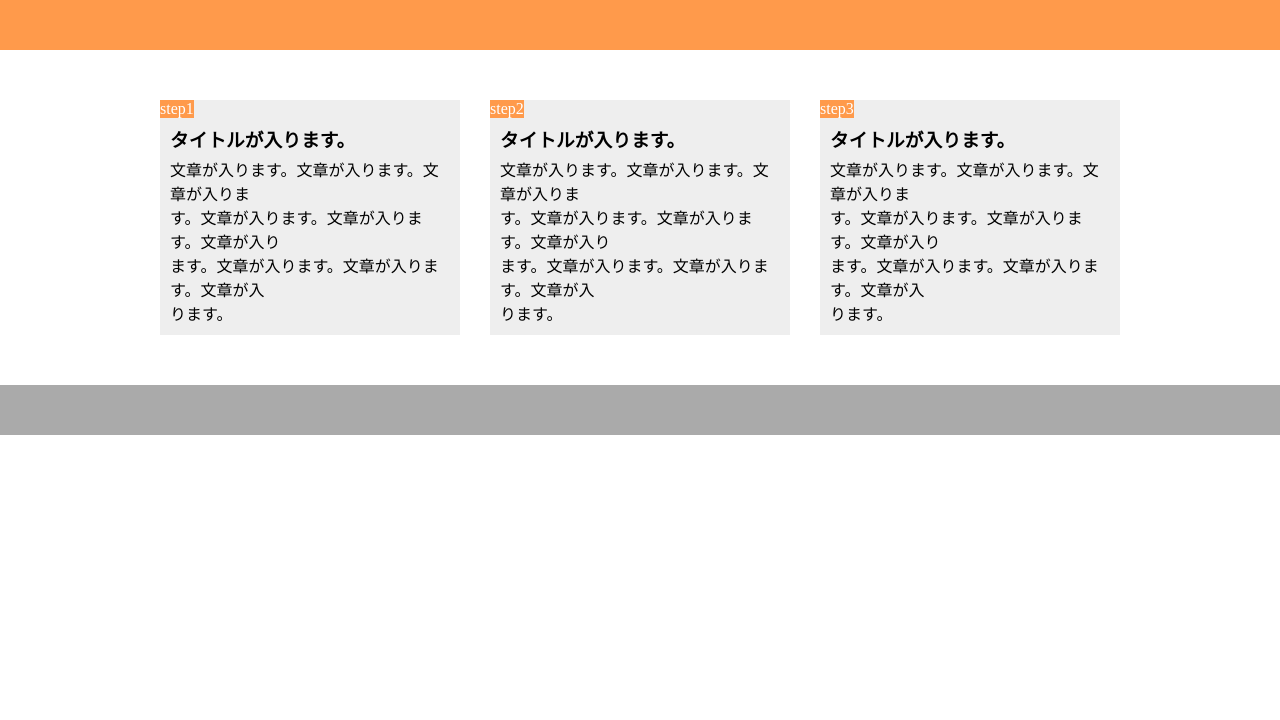
Repository: tkikokiko/webcamp-practice
Page: 1-9/index1-9-2.html
The author's editor kept a record of every edit. The page is drawn from the files as they stood at one moment, then again after the next edit.
The browser window is 1280 px wide. The pictures show the whole page.

Above is the page before.

### 1-9/index1-9-2.html
<!DOCTYPE html>
<html lang="ja">
  <head>
    <meta charset="utf-8" />
    <link rel="stylesheet" href="style1-9-2.css" type="text/css" />
    <title>kadai1-9-2</title>
  </head>

  <body>
    <header></header>

    <main>
      <div class="main-box">
        <p class="main-step">step1</p>
        <!--<div class="main-contents">-->
          <div class="main-image"></div>
          <h3 class="main-title">タイトルが入ります。</h3>
          <p class="main-text">
            文章が入ります。文章が入ります。文章が入りま <br>
            す。文章が入ります。文章が入ります。文章が入り <br>
            ます。文章が入ります。文章が入ります。文章が入 <br>
            ります。
          </p>
        </div>
      </div>

      <div class="main-box">
        <p class="main-step">step2</p>
        <div class="main-image"></div>
        <div class="main-contents">
          <h3 class="main-title">タイトルが入ります。</h3>
          <p class="main-text">
            文章が入ります。文章が入ります。文章が入りま <br>
            す。文章が入ります。文章が入ります。文章が入り <br>
            ます。文章が入ります。文章が入ります。文章が入 <br>
            ります。
          </p>
        </div>
      </div>

      <div class="main-box">
        <p class="main-step">step3</p>
        <div class="main-image"></div>
        <div class="main-contents">
          <h3 class="main-title">タイトルが入ります。</h3>
          <p class="main-text">
            文章が入ります。文章が入ります。文章が入りま <br>
            す。文章が入ります。文章が入ります。文章が入り <br>
            ます。文章が入ります。文章が入ります。文章が入 <br>
            ります。
          </p>
        </div>
      </div>

    </main>

    <footer></footer>

  </body>
</html>

### 1-9/style1-9-2.css
* {
  margin: 0;
  padding: 0;
  box-sizing: border-box;
}

header {
  width: 100%;
  height: 50px;
  background-color: #ff9a4b;
}

main {
  margin: 50px auto;
  width: 960px;
  display: flex;
  justify-content: center;
}

.main-box {
  width: 300px;
  margin-right: 30px;
  padding: 10px;
  background-color: #eeeeee;
  position: relative;
}

.main-box:last-child {
  margin-right: 0;
}

.main-step {
  position: absolute;
  top: 0;
  left: 0;
  color: #ffffff;
  display: inline-block;
  background-color: #ff9a4b;
}

/*.main-contents {*/
/*  width: 300px;*/
/*  padding: 10px;*/
/*}*/

.main-image1 {
  height: 150px;
  padding: 10px;
  background-image: url(img/flow01.png);
  background-size: cover;
  background-position: bottom;
}

.main-image2 {
  height: 150px;
  background-image: url(img/flow02.png);
  background-size: cover;
  background-position: bottom;
}

.main-image3 {
  height: 150px;
  background-image: url(img/flow03.png);
  background-size: cover;
  background-position: bottom;
}

.main-title {
  margin: 15px 0 5px;
  /*display: inline-block;*/
  /*padding-top: 15px;*/
}

/*.main-text {*/
/*  display: inline-block;*/
/*  margin-top: 5px;*/
/*  font-size: 12px;*/
/*}*/


footer {
  width: 100%;
  height: 50px;
  background-color: #aaaaaa;
}

After the next edit:
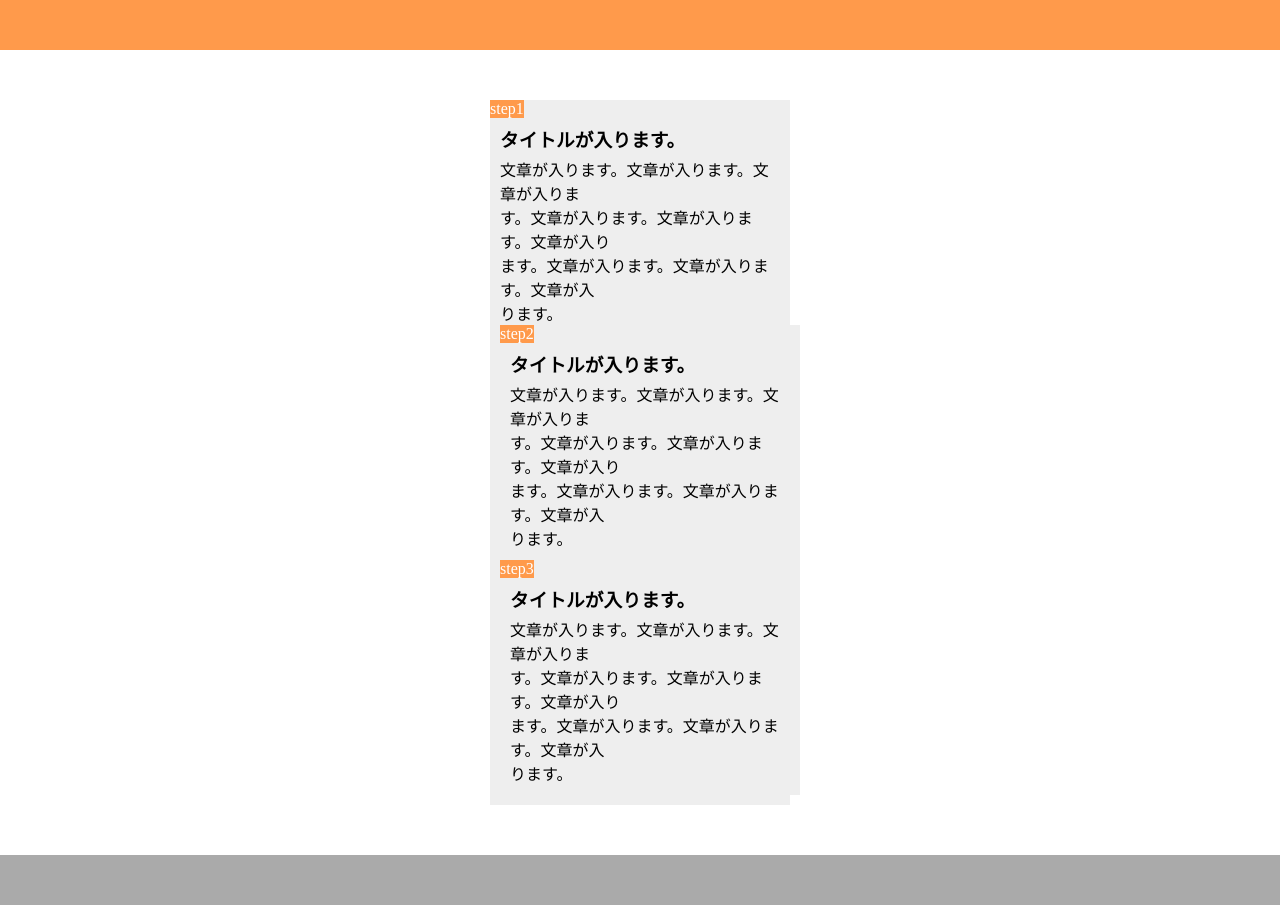
The edit:
--- a/1-9/index1-9-2.html
+++ b/1-9/index1-9-2.html
@@ -12,16 +12,16 @@
     <main>
       <div class="main-box">
         <p class="main-step">step1</p>
-        <!--<div class="main-contents">-->
-          <div class="main-image"></div>
-          <h3 class="main-title">タイトルが入ります。</h3>
-          <p class="main-text">
-            文章が入ります。文章が入ります。文章が入りま <br>
-            す。文章が入ります。文章が入ります。文章が入り <br>
-            ます。文章が入ります。文章が入ります。文章が入 <br>
-            ります。
-          </p>
-        </div>
+        <div class="main-contents">
+        <div class="main-image"></div>
+        <h3 class="main-title">タイトルが入ります。</h3>
+        <p class="main-text">
+          文章が入ります。文章が入ります。文章が入りま <br>
+          す。文章が入ります。文章が入ります。文章が入り <br>
+          ます。文章が入ります。文章が入ります。文章が入 <br>
+          ります。
+        </p>
+        <!--</div>-->
       </div>
 
       <div class="main-box">

After the edit that followed:
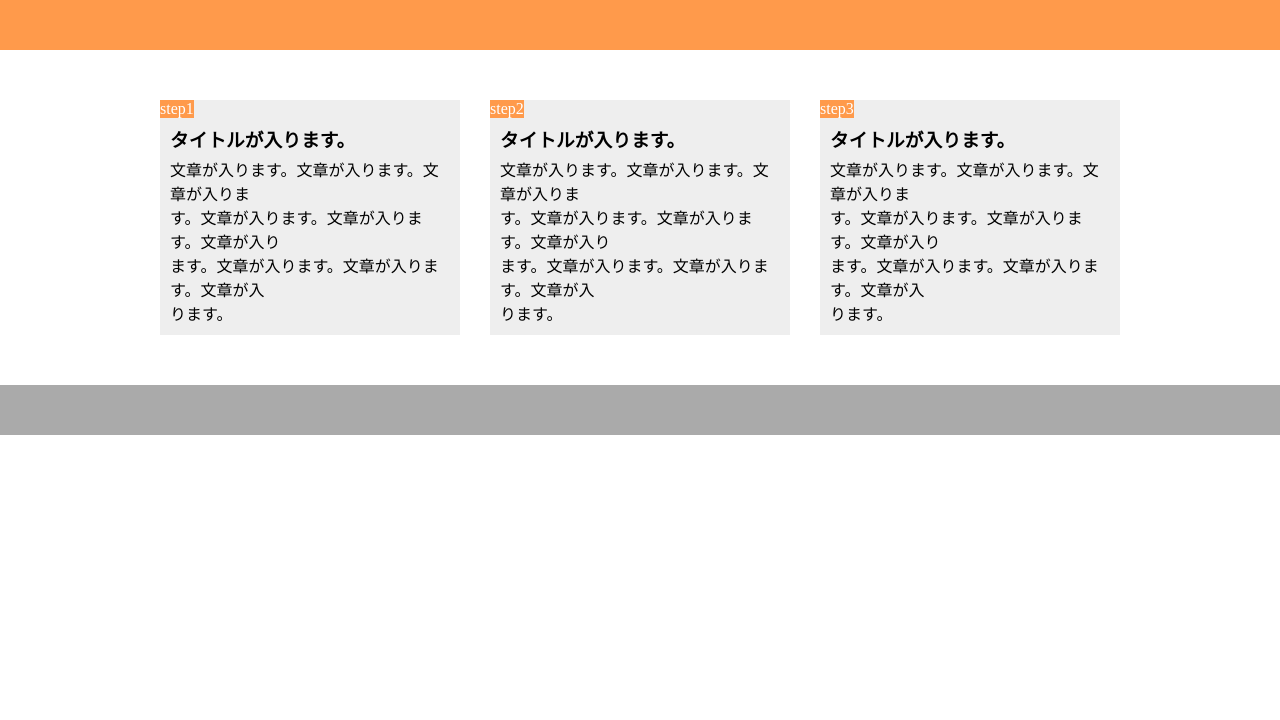
The edit:
--- a/1-9/index1-9-2.html
+++ b/1-9/index1-9-2.html
@@ -13,15 +13,15 @@
       <div class="main-box">
         <p class="main-step">step1</p>
         <div class="main-contents">
-        <div class="main-image"></div>
-        <h3 class="main-title">タイトルが入ります。</h3>
-        <p class="main-text">
-          文章が入ります。文章が入ります。文章が入りま <br>
-          す。文章が入ります。文章が入ります。文章が入り <br>
-          ます。文章が入ります。文章が入ります。文章が入 <br>
-          ります。
-        </p>
-        <!--</div>-->
+          <div class="main-image"></div>
+          <h3 class="main-title">タイトルが入ります。</h3>
+          <p class="main-text">
+            文章が入ります。文章が入ります。文章が入りま <br>
+            す。文章が入ります。文章が入ります。文章が入り <br>
+            ます。文章が入ります。文章が入ります。文章が入 <br>
+            ります。
+          </p>
+        </div>
       </div>
 
       <div class="main-box">
